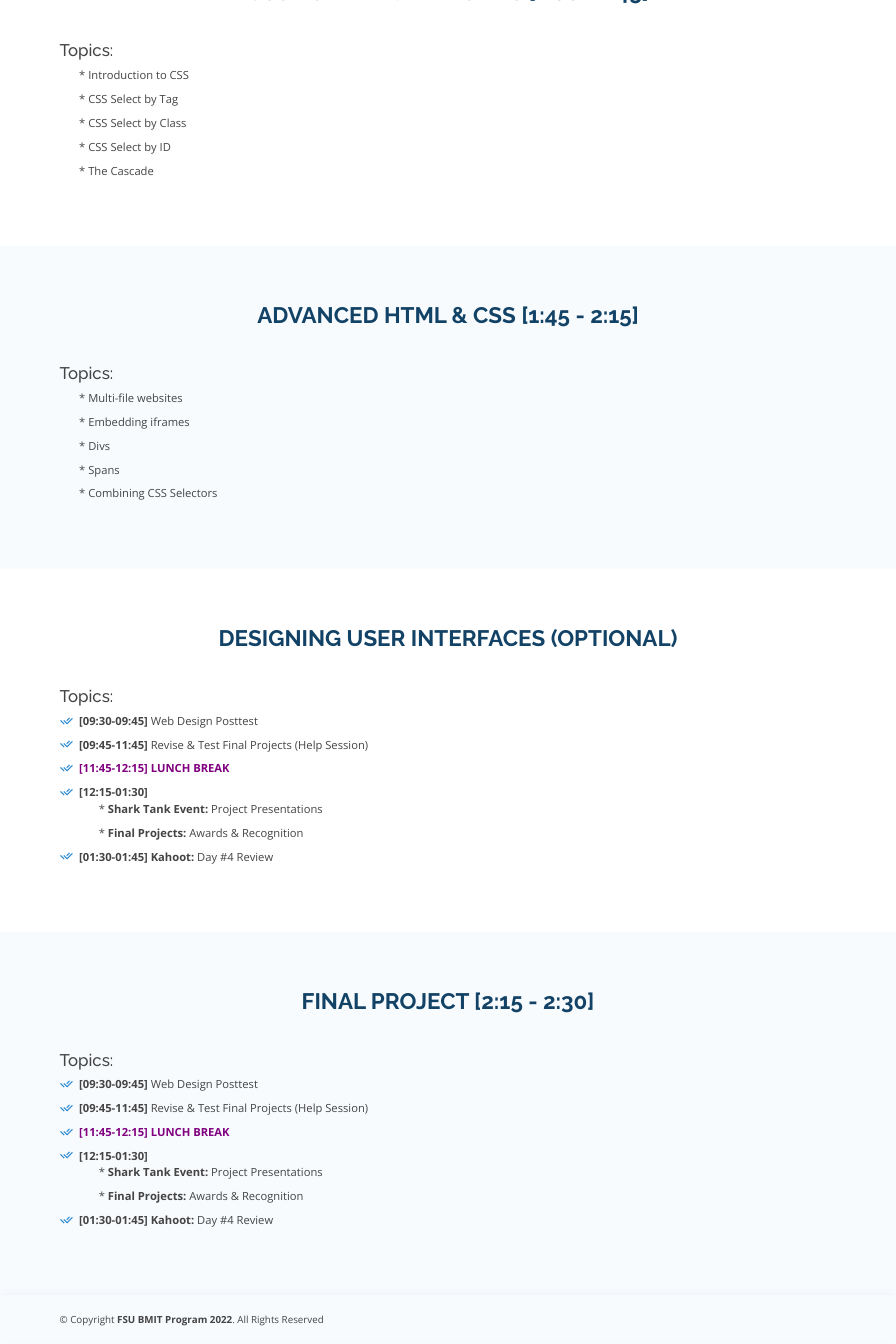
Repository: cchatmon/BMIT-Program
Page: BMIT_OnePage/index.html
The author's editor kept a record of every edit. The page is drawn from the files as they stood at one moment, then again after the next edit.
The browser window is 1280 px wide. The pictures show the part of the page from y = 1648 to 3568 px (the page is 3568 px tall before and 3544 px after), at 70% of full size.
Backgrounds fixed to the window are drawn as part of the page.

Above is the page before.

After the next edit:
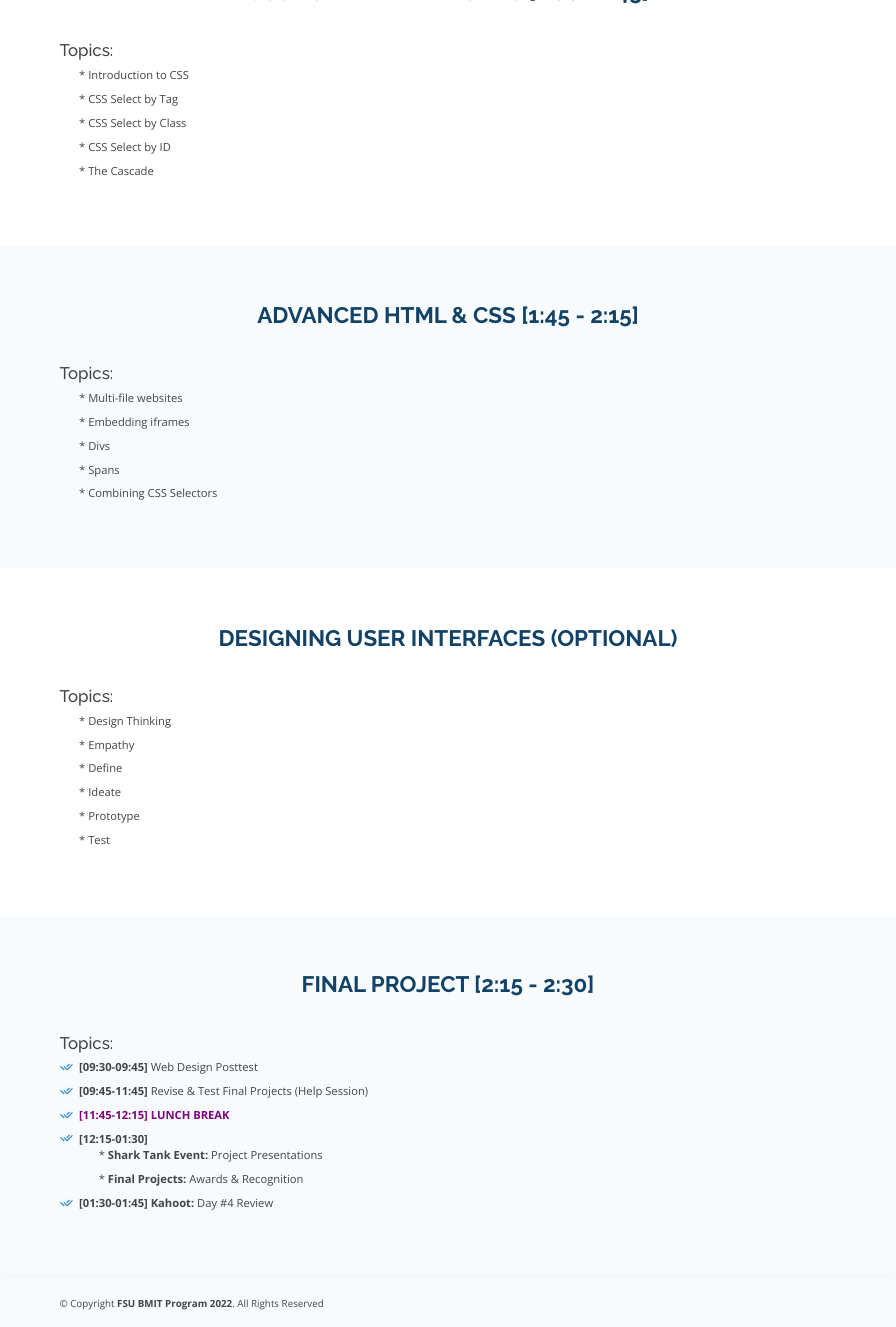
The edit:
--- a/BMIT_OnePage/index.html
+++ b/BMIT_OnePage/index.html
@@ -215,21 +215,14 @@
             <h4>Topics:</h4>
 
             <ul>
-               <li><i class="ri-check-double-line"></i><b>[09:30-09:45]</b> Web Design Posttest</li>
-
-              <li><i class="ri-check-double-line"></i><b>[09:45-11:45]</b> Revise & Test Final Projects (Help Session)
-                </li>
-                <li><i class="ri-check-double-line"></i><b style="color:purple;">[11:45-12:15]  LUNCH BREAK </b>
-                </li>
-                <li><i class="ri-check-double-line"></i><b>[12:15-01:30]</b>
-                <ul>
-                    <li>*  <b>Shark Tank Event:</b>  Project Presentations  </li>
-
-                    <li>*  <b>Final Projects:  </b>Awards & Recognition  </li>
-                  </ul>
-              </li>
-                <li><i class="ri-check-double-line"></i><b>[01:30-01:45]  Kahoot:</b>  Day #4 Review
-              </li>
+                  <ul>
+                    <li>* Design Thinking</li>
+                    <li>* Empathy</li>
+                    <li>* Define</li>
+                    <li>* Ideate</li>
+                    <li>* Prototype</li>
+                    <li>* Test</li>
+                  </ul>
 
             </ul>
           </div>
